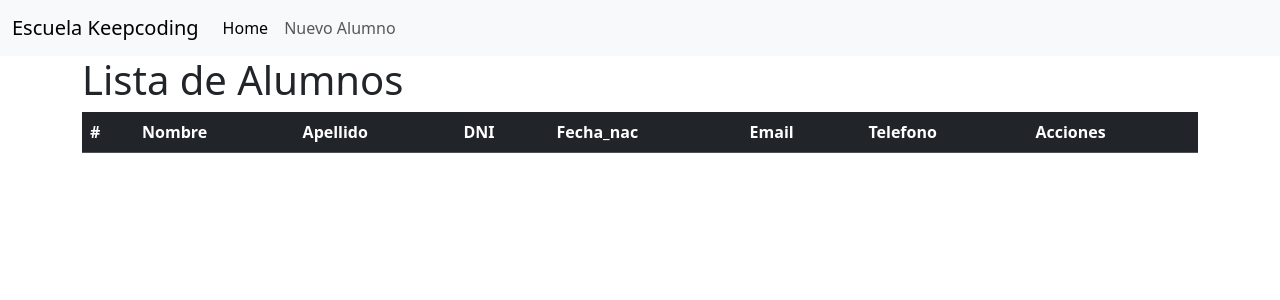
Repository: ChusmiPalos/EscuelaKeepcoding
Page: http://localhost/menu
The author's editor kept a copy of each file at every save. The page is drawn from the files as they stood at one save, then again after the next save.
The browser window is 1280 px wide. The pictures show the whole page.
The page is this project's Thymeleaf template; nobody is signed in. The template is opened directly, without the code that normally fills it, so the values that code supplies are empty.

Above is the page before, as saved 2024-07-06 22:10:05.

After the next save:
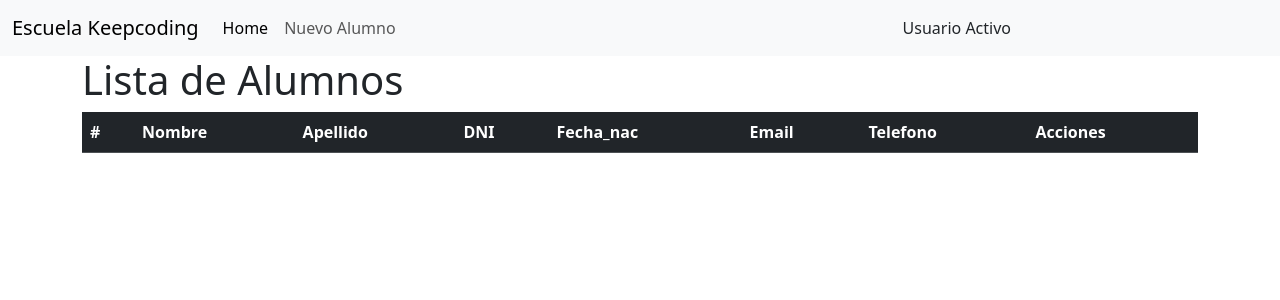
Saved 30 s later.
--- a/app-web-escuela/src/main/resources/templates/menu.html
+++ b/app-web-escuela/src/main/resources/templates/menu.html
@@ -28,6 +28,7 @@
 						th:href=@{/alumno/new}>Nuevo Alumno</a></li>
 				</ul>
 			</div>
+			<label for="username_activo">Usuario Activo</label>
 			<input type="text" class="btn btn-default" id="username_activo" readonly>
 		</div>
 	</nav>
